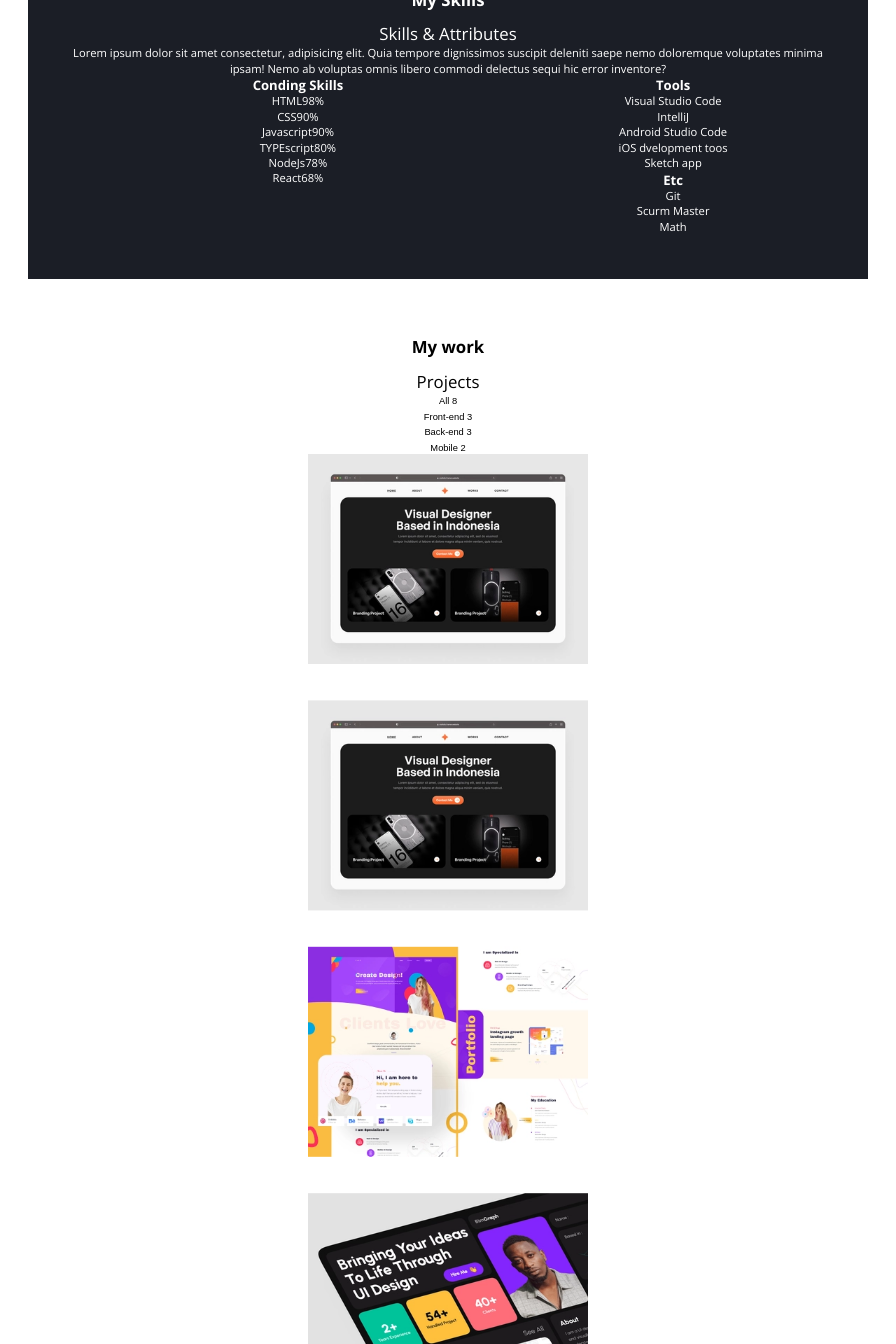
Repository: Arden-Sol/portfolio-website-clone-coding
Page: index.html
The author's editor kept a copy of each file at every save. The page is drawn from the files as they stood at one save, then again after the next save.
The browser window is 1280 px wide. The pictures show the part of the page from y = 1491 to 3411 px (the page is 6523 px tall before and 6545 px after), at 70% of full size.
Some web libraries are served in a nearby version.

Above is the page before, as saved 2024-03-26 22:11:21.

After the next save:
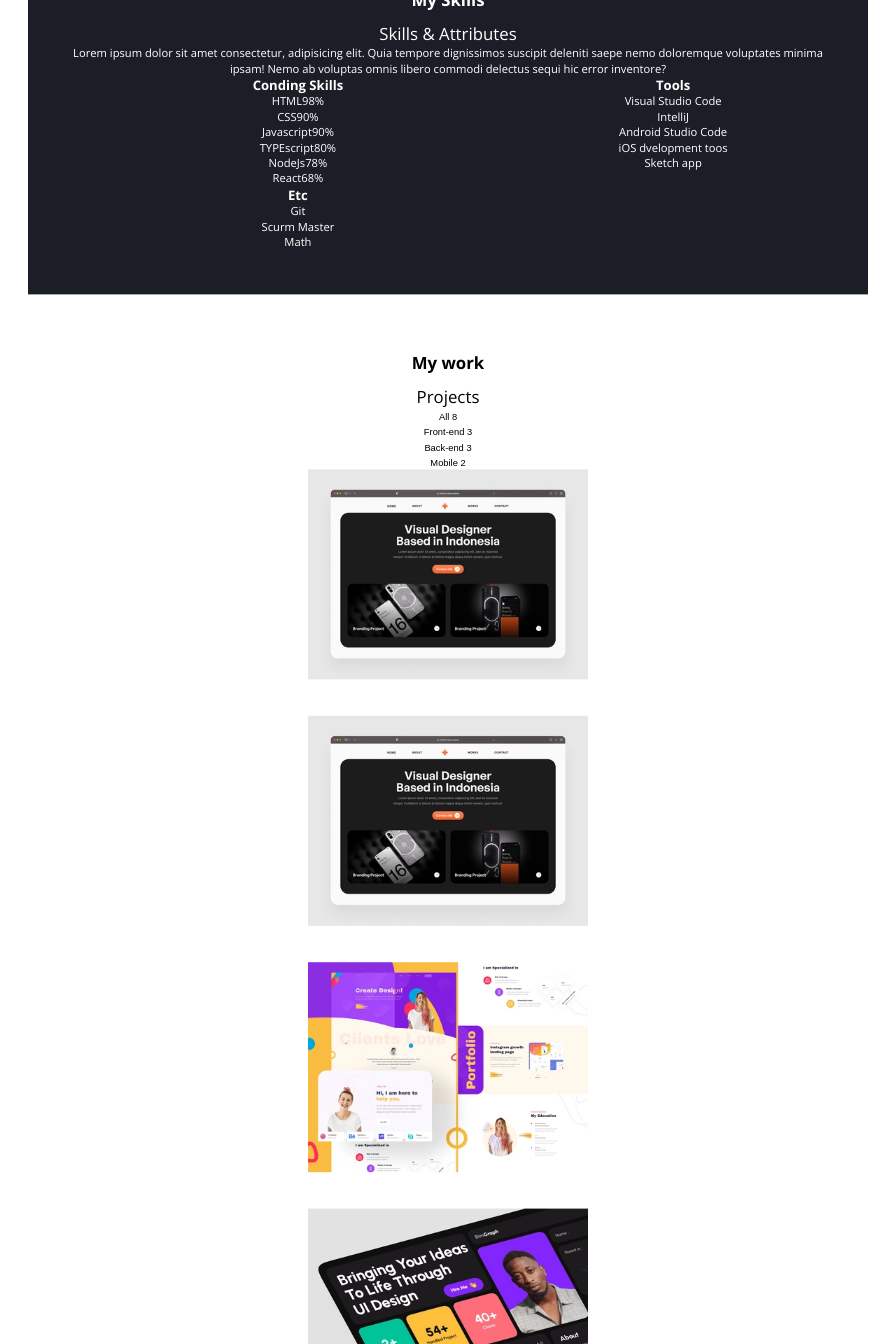
Saved 2 h 7 min later.
--- a/css/style.css
+++ b/css/style.css
@@ -202,5 +202,5 @@
   grid-template-columns: 6fr 4fr;
 }
 .skills__coding{
-  grid-row: span 2;
-}
+  /* grid-row: span 2; */
+}

After the save that followed:
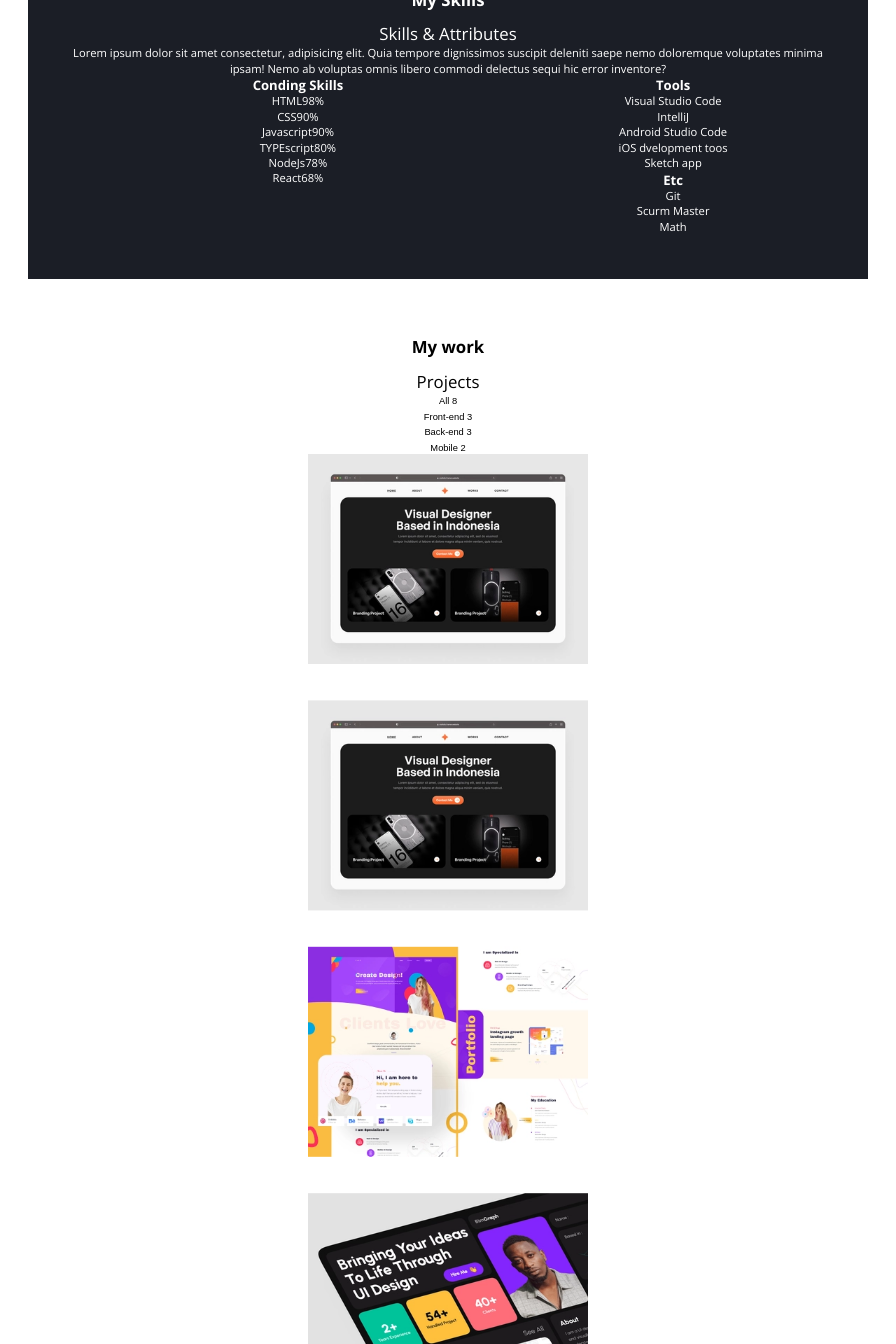
Saved 11 s later.
--- a/css/style.css
+++ b/css/style.css
@@ -202,5 +202,5 @@
   grid-template-columns: 6fr 4fr;
 }
 .skills__coding{
-  /* grid-row: span 2; */
-}
+  grid-row: span 2;
+}
